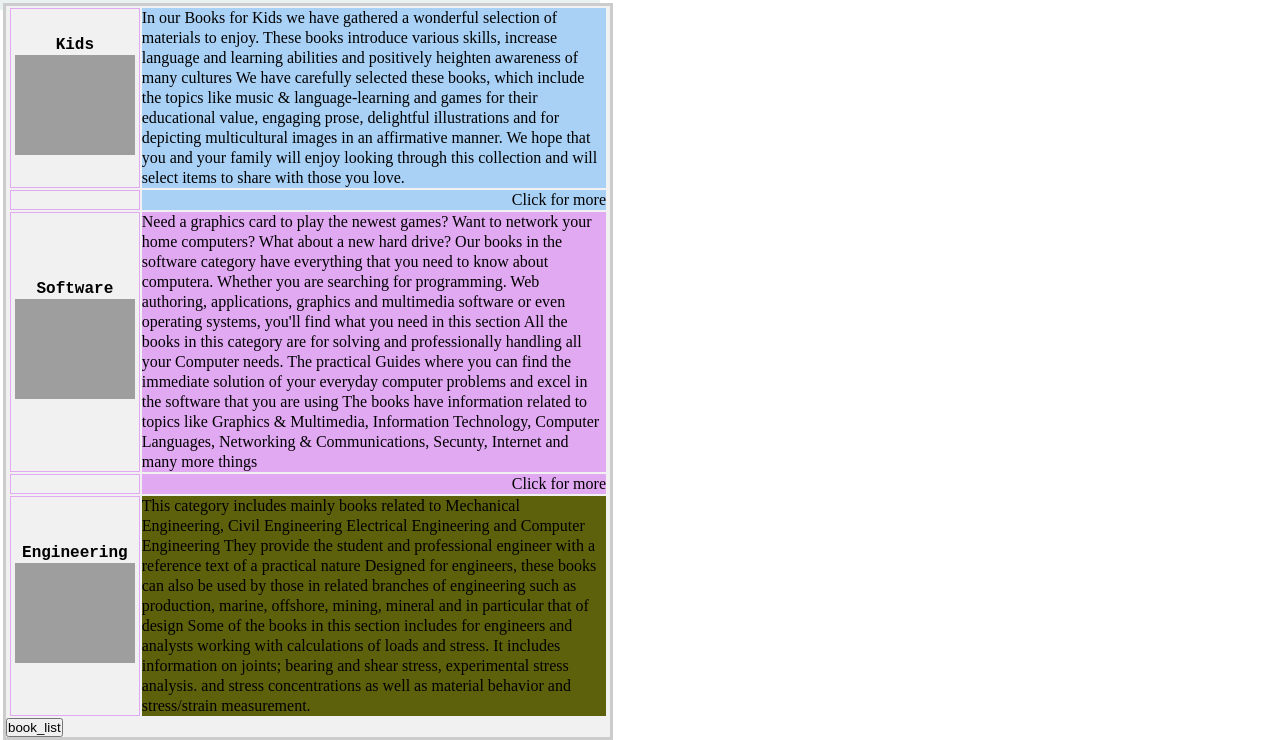
Repository: Helianthusss/Learn-CPP
Page: HTML/lap2/bai4/bai4.html
The author's editor kept a copy of each file at every save. The page is drawn from the files as they stood at one save, then again after the next save.
The browser window is 1280 px wide. The pictures show the whole page.
Pictures or frames that could not be fetched are drawn as grey boxes.

Above is the page before, as saved 2021-10-10 08:26:18.

After the next save:
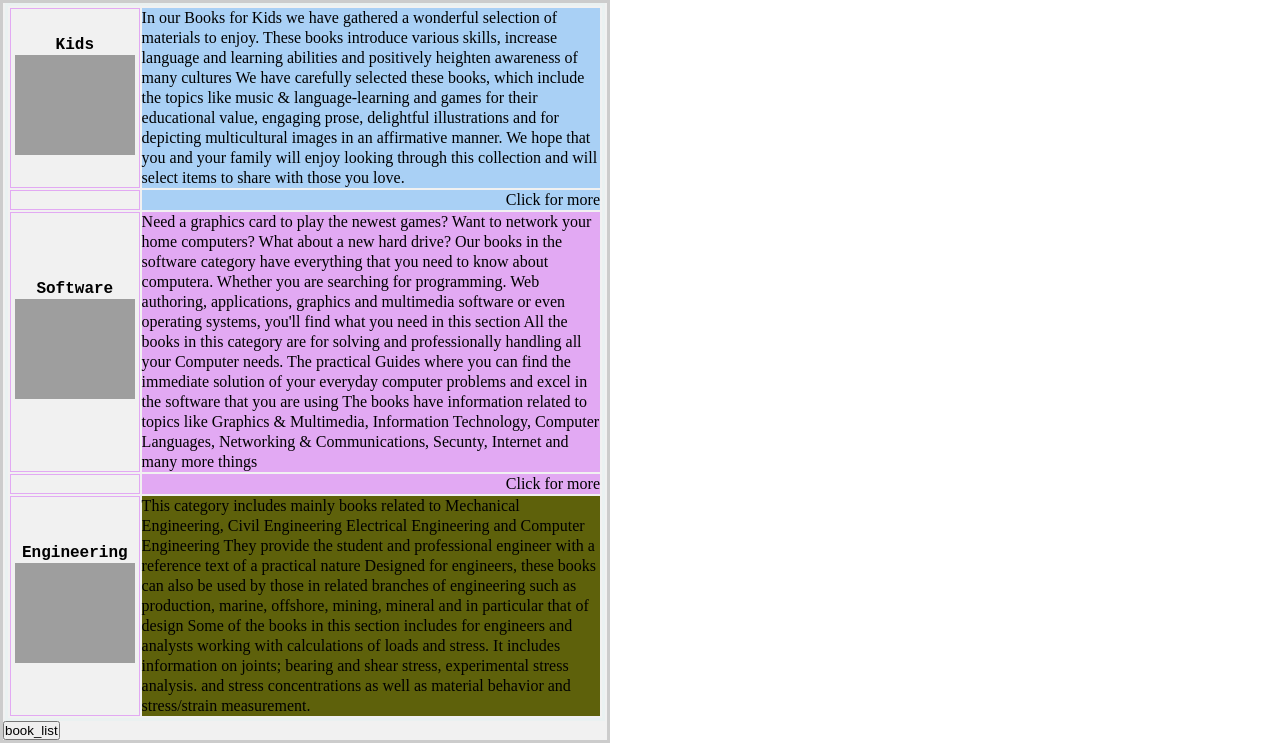
Saved 2 min 46 s later.
--- a/HTML/lap2/bai4/bai4.css
+++ b/HTML/lap2/bai4/bai4.css
@@ -4,13 +4,13 @@
   box-sizing: border-box;
 }
 body {
-  border: 3px solid #eaf1f1;
   width: 600px;
   height: 10px;
   overflow-x: scroll;
   overflow-y: scroll;
 }
 table {
+  border: 3px solid #eaf1f1;
   margin-left: auto;
   margin-right: auto;
   width: 600px;
